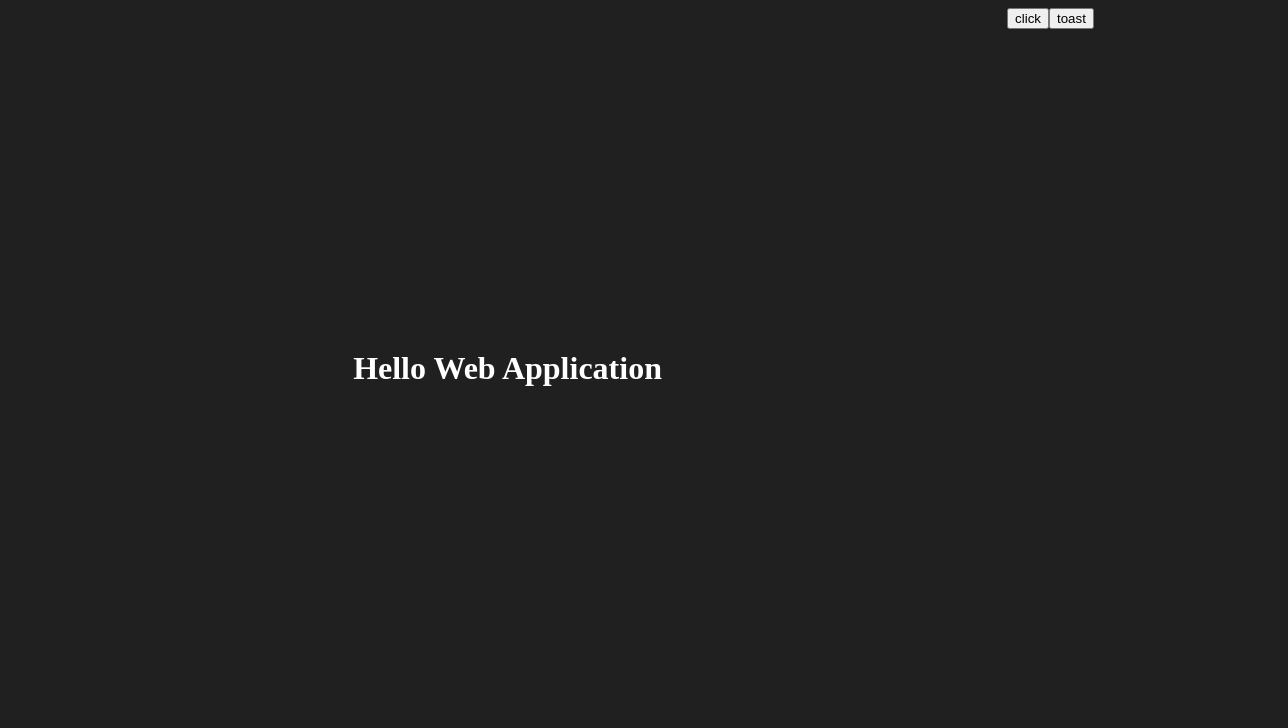
Repository: meanz1/SE_SleepWithMe
Page: SmartTVWorkspace/myapp/index.html
The author's editor kept a copy of each file at every save. The page is drawn from the files as they stood at one save, then again after the next save.
The browser window is 1280 px wide. The page is 1288 px wide, so the pictures cover 1288 px, including what lies to the right of the window. The pictures show the whole page.

Above is the page before, as saved 2021-11-22 06:07:38.
Console error: ReferenceError: WebOSServiceBridge is not defined

### SmartTVWorkspace/myapp/index.html
<!DOCTYPE html>
<html>

<head>
	<title>new app</title>
	<style type="text/css">
		body {
			width: 100%;
			height: 100%;
			background-color: #202020;
		}

		div {
			position: absolute;
			height: 100%;
			width: 100%;
			display: table;
		}

		h1 {
			display: table-cell;
			vertical-align: middle;
			text-align: center;
			color: #FFFFFF;
		}

	</style>
</head>

<script src="webOSTVjs-1.2.4/webOSTV.js" charset="utf-8"></script>
<script src="webOSTVjs-1.2.4/webOSTV-dev.js" charset="utf-8"></script>
<script type="text/javascript">

	var bridge = new WebOSServiceBridge();
	function callMyService(){
		console.log("Call my service");
		const url = 'luna://com.myapp.app.mysrv/hello';
		const params = {};
		bridge.onservicecallback = (msg) => {
			console.log(msg);
			let res = JSON.parse(msg);
			document.getElementById("txt_msg").innerHTML = res.Response;
		};
		bridge.call(url, JSON.stringfy(params));
	}

	function callToast() {
        console.log("call my service");
        const url = 'luna://com.myapp.app.mysrv/toast';
        const params = {};
        bridge.onservicecallback = (msg) => {
            console.log(msg);
            let res = JSON.parse(msg);
            document.getElementById("txt_msg").innerHTML = res.Response;
        };

        bridge.call(url, JSON.stringify(params));
    }
	//sample code for calling LS2 API

</script>

<body>
	<div>
		<h1 id="txt_msg">Hello Web Application</h1>
		<button onclick="callMyService()">click</button>
		<button onclick="callToast()">toast</button>
	</div>
</body>

</html>

Loaded but not shown: SmartTVWorkspace/myapp/webOSTVjs-1.2.4/webOSTV.js (library); SmartTVWorkspace/myapp/webOSTVjs-1.2.4/webOSTV-dev.js (library)

After the next save:
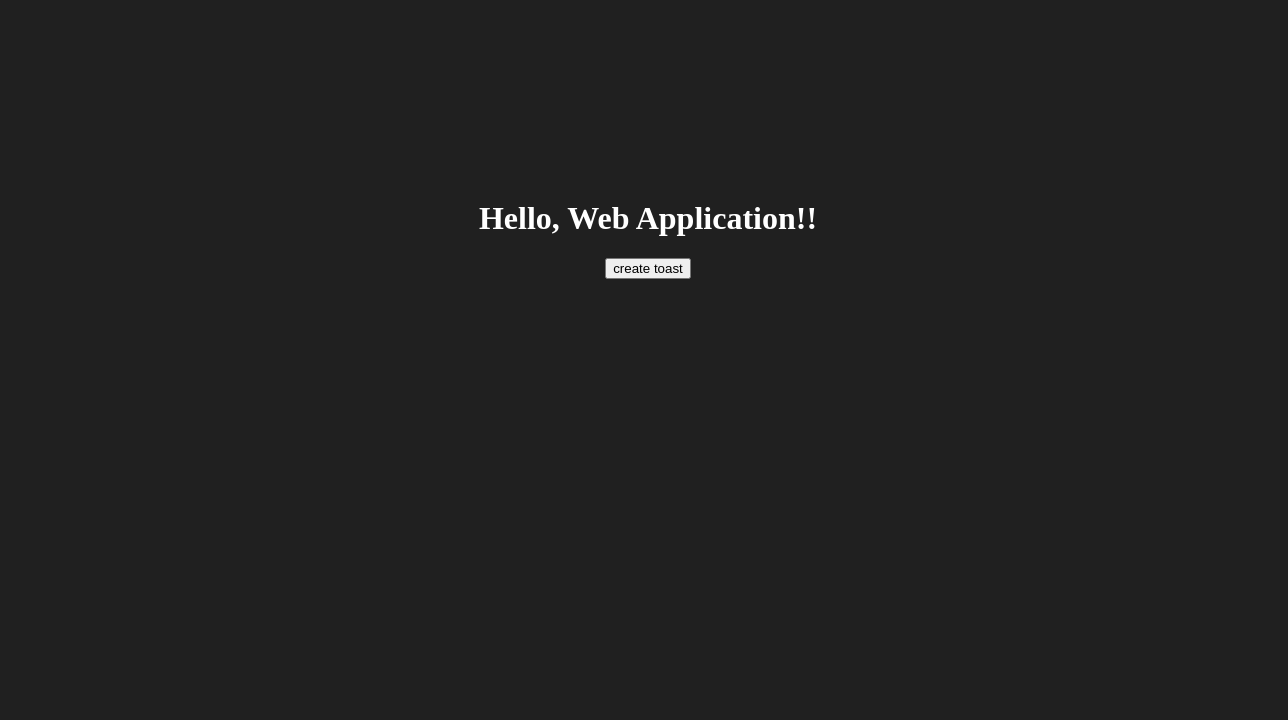
Saved 4 min 17 s later.
--- a/SmartTVWorkspace/myapp/index.html
+++ b/SmartTVWorkspace/myapp/index.html
@@ -1,71 +1,60 @@
+<!--
+Copyright (c) 2020 LG Electronics Inc.
+
+SPDX-License-Identifier: Apache-2.0
+-->
+
 <!DOCTYPE html>
 <html>
+<head>
+<title>Example Web App</title>
+<style type="text/css">
+    body {
+        background-color:#202020;
+        vertical-align: middle;
+        height: 100%;
+        width: 100%;
+    }
+    .top {
+        margin-top: 200px;
+    }
+    .mid {
+        text-align: center;
+    }
+    h1 {
+        vertical-align: middle;
+        text-align:center;
+        color:#FFFFFF;
+    }
+</style>
 
-<head>
-	<title>new app</title>
-	<style type="text/css">
-		body {
-			width: 100%;
-			height: 100%;
-			background-color: #202020;
-		}
+<script type="text/javascript">
+    var bridge = new WebOSServiceBridge();
+    function toastCallback(msg) {
+        console.log("before-parse-response");
+        var response = JSON.parse(msg);
+        console.log(response);
+    }
+    function createToast() {
+        var url = 'luna://com.webos.notification/createToast';
 
-		div {
-			position: absolute;
-			height: 100%;
-			width: 100%;
-			display: table;
-		}
+        bridge.onservicecallback = toastCallback;
 
-		h1 {
-			display: table-cell;
-			vertical-align: middle;
-			text-align: center;
-			color: #FFFFFF;
-		}
-
-	</style>
+        var params = {
+            "message":"hello world"
+        };
+        console.log("before-bridge.call");
+        bridge.call(url, JSON.stringify(params));
+        console.log("after-bridge.call");
+    }
+</script>
 </head>
-
-<script src="webOSTVjs-1.2.4/webOSTV.js" charset="utf-8"></script>
-<script src="webOSTVjs-1.2.4/webOSTV-dev.js" charset="utf-8"></script>
-<script type="text/javascript">
-
-	var bridge = new WebOSServiceBridge();
-	function callMyService(){
-		console.log("Call my service");
-		const url = 'luna://com.myapp.app.mysrv/hello';
-		const params = {};
-		bridge.onservicecallback = (msg) => {
-			console.log(msg);
-			let res = JSON.parse(msg);
-			document.getElementById("txt_msg").innerHTML = res.Response;
-		};
-		bridge.call(url, JSON.stringfy(params));
-	}
-
-	function callToast() {
-        console.log("call my service");
-        const url = 'luna://com.myapp.app.mysrv/toast';
-        const params = {};
-        bridge.onservicecallback = (msg) => {
-            console.log(msg);
-            let res = JSON.parse(msg);
-            document.getElementById("txt_msg").innerHTML = res.Response;
-        };
-
-        bridge.call(url, JSON.stringify(params));
-    }
-	//sample code for calling LS2 API
-
-</script>
-
 <body>
-	<div>
-		<h1 id="txt_msg">Hello Web Application</h1>
-		<button onclick="callMyService()">click</button>
-		<button onclick="callToast()">toast</button>
-	</div>
+    <div class="top">
+        <h1 id="txt_msg">Hello, Web Application!!</h1>
+    </div>
+    <div class="mid">
+        <button onclick="createToast()">create toast</button>
+    </div>
 </body>
-
 </html>
